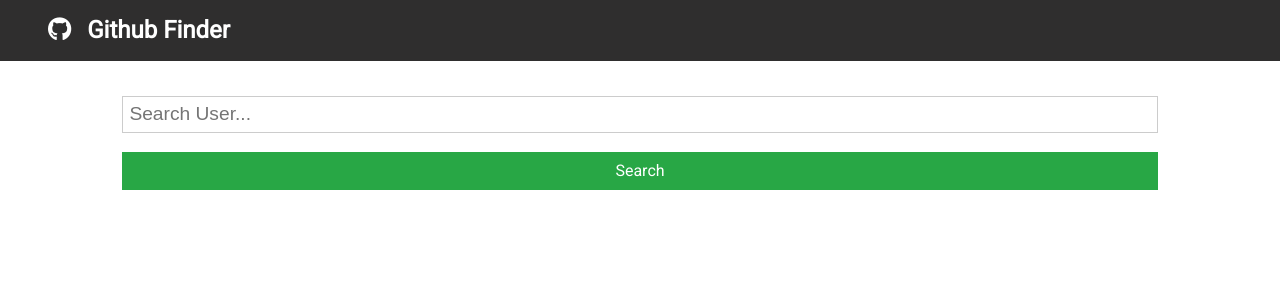
Repository: Garry028/Github-Finder
Page: /
The author's editor kept a copy of each file at every save. The page is drawn from the files as they stood at one save, then again after the next save.
The browser window is 1280 px wide. The pictures show the whole page.
Some web libraries are served in a nearby version. The project was rebuilt for these pictures with package versions that can differ from the ones it lists, and the page was loaded fresh each time. Also part of the build but not shown: src/Components/layout/Spinner.js, src/Components/Users/UserItem.js.

Above is the page before, as saved 2022-08-08 13:20:11.

### public/index.html
<!DOCTYPE html>
<html lang="en">
  <head>
    <meta charset="utf-8" />
    <link rel="icon" href="%PUBLIC_URL%/favicon.ico" />
    <meta name="viewport" content="width=device-width, initial-scale=1" />
    <meta name="theme-color" content="#000000" />
    <meta
      name="description"
      content="Web site created using create-react-app"
    />
    <link rel="apple-touch-icon" href="%PUBLIC_URL%/logo192.png" />

    <link rel="manifest" href="%PUBLIC_URL%/manifest.json" />
    <script src="https://kit.fontawesome.com/fa0a123442.js" crossorigin="anonymous"></script>
    <title>Github Finder</title>
  </head>
  <body>
    <noscript>You need to enable JavaScript to run this app.</noscript>
    <div id="root"></div>

  </body>
</html>

### src/App.js
import './App.css';
import React, { Component } from 'react'
import Navbar from './Components/layout/Navbar';
import Users from './Components/Users/Users';
import axios from 'axios';
import Search from './Components/Users/Search';

class App extends Component {

  state = {
    users: [],
    loading: false
  }

  // async componentDidMount() {


  //   this.setState({ loading: true });

  //   const res = await axios.get(`https://api.github.com/users?client_id=${process.env.REACT_APP_GITHUB_CLIENT_ID}&client_secret=${process.env.REACT_APP_GITHUB_CLIENT_SECRET}`);

  //   this.setState({ users: res.data, loading: false });
  // }
  //componentDidMount Called immediately after a component is mounted. Setting state here will trigger re-rendering.

  // search github users
  searchUsers = async text => {
    this.setState({ loading: true });

    const res = await axios.get(`https://api.github.com/search/users?q=${text}&client_id=${process.env.REACT_APP_GITHUB_CLIENT_ID}&client_secret=${process.env.REACT_APP_GITHUB_CLIENT_SECRET}`);

    this.setState({ users: res.data.items, loading: false });
  };

  // clear users from the state
  clearUsers = () => {
    this.setState({ users: [], loading: false });
  }

  render() {
    return (
      <div className='App'>
        <Navbar title={"Github Finder"} />
        <div className="container">

          <Search searchUsers={this.searchUsers} clearUsers={this.clearUsers} showClear={this.state.users.length > 0 ? true : false} />

          <Users loading={this.state.loading} users={this.state.users} />
        </div>
      </div>
    )
  }
}
export default App;

### src/App.css
@import url('https://fonts.googleapis.com/css?family=Roboto');

/* Global Styles */
:root {
  --primary-color: #dc3545;
  --dark-color: #191818;
  --light-color: #f4f4f4;
  --danger-color: #dc3545;
  --success-color: #28a745;
}

* {
  box-sizing: border-box;
  margin: 0;
  padding: 0;
}

body {
  font-family: 'Roboto', sans-serif;
  font-size: 1rem;
  line-height: 1.6;
  background-color: #fff;
  color: #333;
}

a {
  color: var(--primary-color);
  text-decoration: none;
}

a:hover {
  color: #666;
}

ul {
  list-style: none;
}

img {
  width: 100%;
}

/* Utilities */
.container {
  max-width: 1100px;
  margin: auto;
  overflow: hidden;
  padding: 0 2rem;
}

/* Text Styles*/
.x-large {
  font-size: 4rem;
  line-height: 1.2;
  margin-bottom: 1rem;
}

.large {
  font-size: 3rem;
  line-height: 1.2;
  margin-bottom: 1rem;
}

.lead {
  font-size: 1.5rem;
  margin-bottom: 1rem;
}

.text-center {
  text-align: center;
}

.text-primary {
  color: var(--primary-color);
}

.text-dark {
  color: var(--dark-color);
}

.text-success {
  color: var(--success-color);
}

.text-danger {
  color: var(--danger-color);
}

.text-center {
  text-align: center;
}

.text-right {
  text-align: right;
}

.text-left {
  text-align: left;
}

/* Center All */
.all-center {
  display: flex;
  flex-direction: column;
  width: 100%;
  margin: auto;
  justify-content: center;
  align-items: center;
  text-align: center;
}

/* Cards */
.card {
  padding: 1rem;
  border: #ccc 1px dotted;
  margin: 0.7rem 0;
}

/* List */
.list {
  margin: 0.5rem 0;
}

.list li {
  padding-bottom: 0.3rem;
}

/* Padding */
.p {
  padding: 0.5rem;
}
.p-1 {
  padding: 1rem;
}
.p-2 {
  padding: 2rem;
}
.p-3 {
  padding: 3rem;
}
.py {
  padding: 0.5rem 0;
}
.py-1 {
  padding: 1rem 0;
}
.px-1{
  padding:0 1rem ;
}
.py-2 {
  padding: 2rem 0;
}
.py-3 {
  padding: 3rem 0;
}

/* Margin */
.m {
  margin: 0.5rem;
}
.m-1 {
  margin: 1rem;
}
.m-2 {
  margin: 2rem;
}
.m-3 {
  margin: 3rem;
}
.my {
  margin: 0.5rem 0;
}
.my-1 {
  margin: 1rem 0;
}
.my-2 {
  margin: 2rem 0;
}
.my-3 {
  margin: 3rem 0;
}

/* Grid */
.grid-2 {
  display: grid;
  grid-template-columns: repeat(2, 1fr);
  grid-gap: 1rem;
}

.grid-3 {
  display: grid;
  grid-template-columns: repeat(3, 1fr);
  grid-gap: 1rem;
}

.grid-4 {
  display: grid;
  grid-template-columns: repeat(4, 1fr);
  grid-gap: 1rem;
}

.btn {
  display: inline-block;
  background: var(--light-color);
  color: #333;
  padding: 0.4rem 1.3rem;
  font-size: 1rem;
  border: none;
  cursor: pointer;
  margin-right: 0.5rem;
  transition: opacity 0.2s ease-in;
  outline: none;
}

.btn-link {
  background: none;
  padding: 0;
  margin: 0;
}

.btn-block {
  display: block;
  width: 100%;
}

.btn-sm {
  font-size: 0.8rem;
  padding: 0.3rem 1rem;
  margin-right: 0.2rem;
}

.badge {
  display: inline-block;
  font-size: 0.8rem;
  padding: 0.2rem 0.7rem;
  text-align: center;
  margin: 0.3rem;
  background: var(--light-color);
  color: #333;
  border-radius: 5px;
}

.alert {
  padding: 0.7rem;
  margin: 1rem 0;
  opacity: 0.9;
  background: var(--light-color);
  color: #333;
}

.btn-primary,
.bg-primary,
.badge-primary,
.alert-primary {
  background: var(--primary-color);
  color: #fff;
}

.btn-light,
.bg-light,
.badge-light,
.alert-light {
  background: var(--light-color);
  color: #333;
}

.btn-dark,
.bg-dark,
.badge-dark,
.alert-dark {
  background: var(--dark-color);
  color: #fff;
}

.btn-danger,
.bg-danger,
.badge-danger,
.alert-danger {
  background: var(--danger-color);
  color: #fff;
}

.btn-success,
.bg-success,
.badge-success,
.alert-success {
  background: var(--success-color);
  color: #fff;
}

.btn-white,
.bg-white,
.badge-white,
.alert-white {
  background: #fff;
  color: #333;
  border: #ccc solid 1px;
}

.btn:hover {
  opacity: 0.8;
}

.bg-light,
.badge-light {
  border: #ccc solid 1px;
}

.round-img {
  border-radius: 50%;
}

/* Forms */
input {
  margin: 1.2rem 0;
}

.form-text {
  display: block;
  margin-top: 0.3rem;
  color: #888;
}

input[type='text'],
input[type='email'],
input[type='password'],
input[type='date'],
select,
textarea {
  display: block;
  width: 100%;
  padding: 0.4rem;
  font-size: 1.2rem;
  border: 1px solid #ccc;
}

input[type='submit'],
button {
  font: inherit;
}

table th,
table td {
  padding: 1rem;
  text-align: left;
}

table th {
  background: var(--light-color);
}

/* Navbar */
.navbar {
  display: flex;
  justify-content: space-between;
  align-items: center;
  padding: 0.7rem 2rem;
  z-index: 1;
  width: 100%;
  opacity: 0.9;
  margin-bottom: 1rem;
}

.navbar ul {
  display: flex;
}

.navbar a {
  color: #fff;
  padding: 0.45rem;
  margin: 0 0.25rem;
}

.navbar a:hover {
  color: var(--light-color);
}

.navbar .welcome span {
  margin-right: 0.6rem;
}

/* Mobile Styles */
@media (max-width: 700px) {
  .hide-sm {
    display: none;
  }

  .grid-2,
  .grid-3,
  .grid-4 {
    grid-template-columns: 1fr;
  }

  /* Text Styles */
  .x-large {
    font-size: 3rem;
  }

  .large {
    font-size: 2rem;
  }

  .lead {
    font-size: 1rem;
  }

  /* Navbar */
  .navbar {
    display: block;
    text-align: center;
  }

  .navbar ul {
    text-align: center;
    justify-content: center;
  }
}

### src/Components/layout/Navbar.js
import React from "react";

const Navbar = (props) =>{

        return (
            <nav className="navbar bg-dark">
                <h1>
                    <i className="fab fa-github px-1" />{props.title}
                </h1>
            </nav>
        );
}
export default Navbar;

### src/Components/Users/Users.js
import React from 'react'
import Spinner from '../layout/Spinner';
import UserItem from './UserItem';
import PropTypes from 'prop-types';

const Users = ({ users, loading }) => {

    if (loading) {
        return <Spinner/>
    }
    else {
        return (
            <div style={userStyle}>
                {users.map(user => (
                    <UserItem key={user.id} user={user} />
                ))}
            </div>
        )
    }
}

Users.propTypes={
    users:PropTypes.array.isRequired,
    loading:PropTypes.bool.isRequired
}
// this is type checking

const userStyle = {

    display: 'grid',
    gridTemplateColumns: 'repeat(3,1fr)',
    gridGap: '1rem'
}


export default Users;

### src/Components/Users/Search.js
import React, { Component } from 'react';
import PropTypes from 'prop-types';

class Search extends Component {

    state = {
        text: ''
    };

    static propTypes = {
        searchUsers: PropTypes.func.isRequired,
        clearUsers: PropTypes.func.isRequired,
        showClear: PropTypes.bool.isRequired
    }

    onChange = (e) => {
        this.setState({ [e.target.name]: e.target.value });
    }

    onSubmit = (e) => {
        e.preventDefault();
        this.props.searchUsers(this.state.text); // sending the props up
        this.setState({ text: "" });
    }

    render() {

        const {showClear,clearUsers}=this.props;

        return (
            <div>
                <form onSubmit={this.onSubmit} className="form">
                    <input type="text" name='text' placeholder='Search User...' value={this.state.text} onChange={this.onChange} />
                    <input type="submit" value="Search" className='btn btn-success btn-block' />
                </form>

                {/* means when showClear is true then & only then show clear button */}

                {
                    showClear && (<button className="btn btn-light btn-block" onClick={clearUsers}>
                        Clear
                    </button>)
                }

            </div>
        )
    }
}

export default Search;

Loaded but not shown: src/index.js (common file); src/reportWebVitals.js (common file)

After the next save:
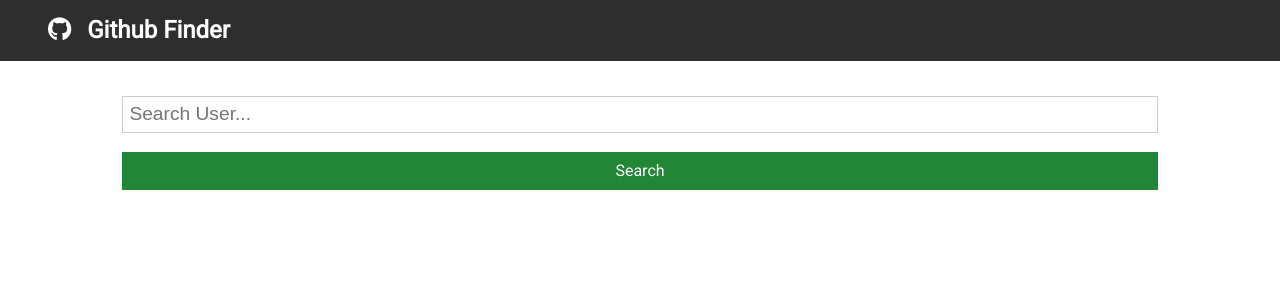
Saved 26 s later.
--- a/src/App.css
+++ b/src/App.css
@@ -6,7 +6,7 @@
   --dark-color: #191818;
   --light-color: #f4f4f4;
   --danger-color: #dc3545;
-  --success-color: #28a745;
+  --success-color: #238636;
 }
 
 * {
